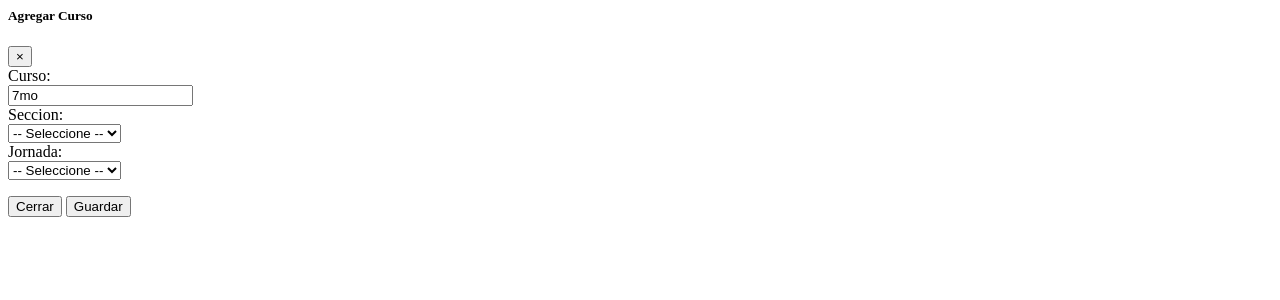
Repository: roberthcobena/Php
Page: http://localhost/modelos/modals/curso-info.php
An editor plug-in stored every save of this project. The page is shown before and after the next save, followed by the edit.
The browser window is 1280 px wide. The pictures show the whole page.
The page is run by PHP 8.4 with error messages shown; the project is at /var/www/html/.

Above is the page before, as saved 2020-06-22 21:25:02.

After the next save:
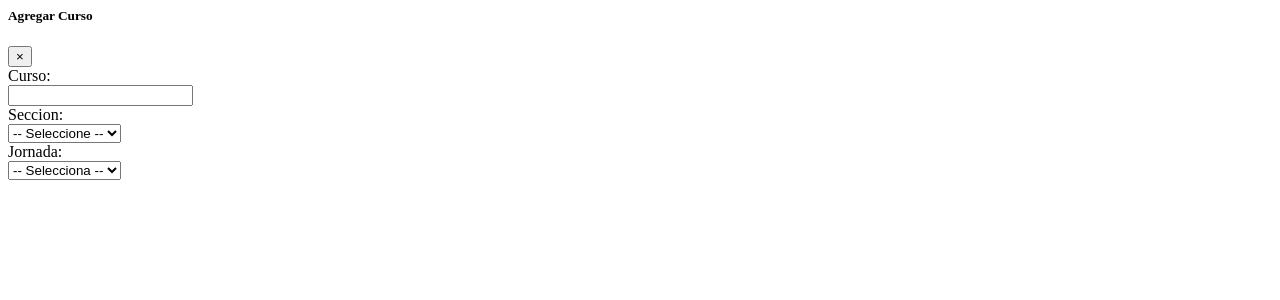
Saved 64 s later.
--- a/Educativa/modelos/modals/curso-info.php
+++ b/Educativa/modelos/modals/curso-info.php
@@ -8,18 +8,18 @@
                 </button>
             </div>
             <div class="modal-body">
-                <form class="form-horizontal">
+                <form class="form-horizontal" method="post" id="nuevo_curso" name="nuevo_curso" enctype="multipart/form-data">
                     <div class="form-group row">
                         <label for="curso" class="col-sm-3 text-right control-label col-form-label">Curso: </label>
                         <div class="col-sm-9">
-                            <input type="text" class="form-control" id="curso" name="curso" value="7mo" readonly="">
+                            <input type="text" class="form-control" id="curso" name="curso" required="">
                         </div>
                     </div>
 
                     <div class="form-group row">
                         <label for="seccion" class="col-sm-3 text-right control-label col-form-label">Seccion: </label>
                         <div class="col-sm-9">
-                            <select class="form-control" id="seccion" name="seccion" data-validation="required" data-validation-error-msg="Seleccione el estado de la Tarea">
+                            <select class="form-control" id="seccion" name="seccion"  required>
                                 <option value="">-- Seleccione --</option>
                                 <option value=A>A</option>
                                 <option value=B>B</option>
@@ -31,11 +31,15 @@
                     <div class="form-group row">
                         <label for="jornada" class="col-sm-3 text-right control-label col-form-label">Jornada: </label>
                         <div class="col-sm-9">
-                            <select class="form-control" id="jornada" name="jornada" data-validation="required" data-validation-error-msg="Seleccione el estado de la Tarea">
-                                <option value="">-- Seleccione --</option>
-                                <option value=1>Matutina</option>
-                                <option value=2>Vespertina</option>
-                                <option value=3>Nocturna</option>
+                            <select class="form-control" id="jornada" name="jornada"  required>
+                                <option value="">-- Selecciona --</option>
+                                <?php
+                                    $sql = "SELECT j.id_seccion, j.nom_seccion FROM jornadas j WHERE j.est_seccion=1";
+                                    $result = $con->query($sql);
+                                    while ($row = $result->fetch_array()) {
+                                        echo "<option value='" . $row[0] . "'>" . htmlspecialchars($row[1], ENT_QUOTES, 'UTF-8') . "</option>";
+                                    } // while
+                                    ?>
                             </select>
                         </div>
                     </div>
@@ -43,7 +47,7 @@
             </div>
             <div class="modal-footer">
                 <button type="button" class="btn btn-secondary" data-dismiss="modal">Cerrar</button>
-                <button type="button" class="btn btn-primary" id="guarda_Curso">Guardar</button>
+                <button type="submit" class="btn btn-primary" id="guarda_Curso">Guardar</button>
             </div>
         </div>
     </div>
